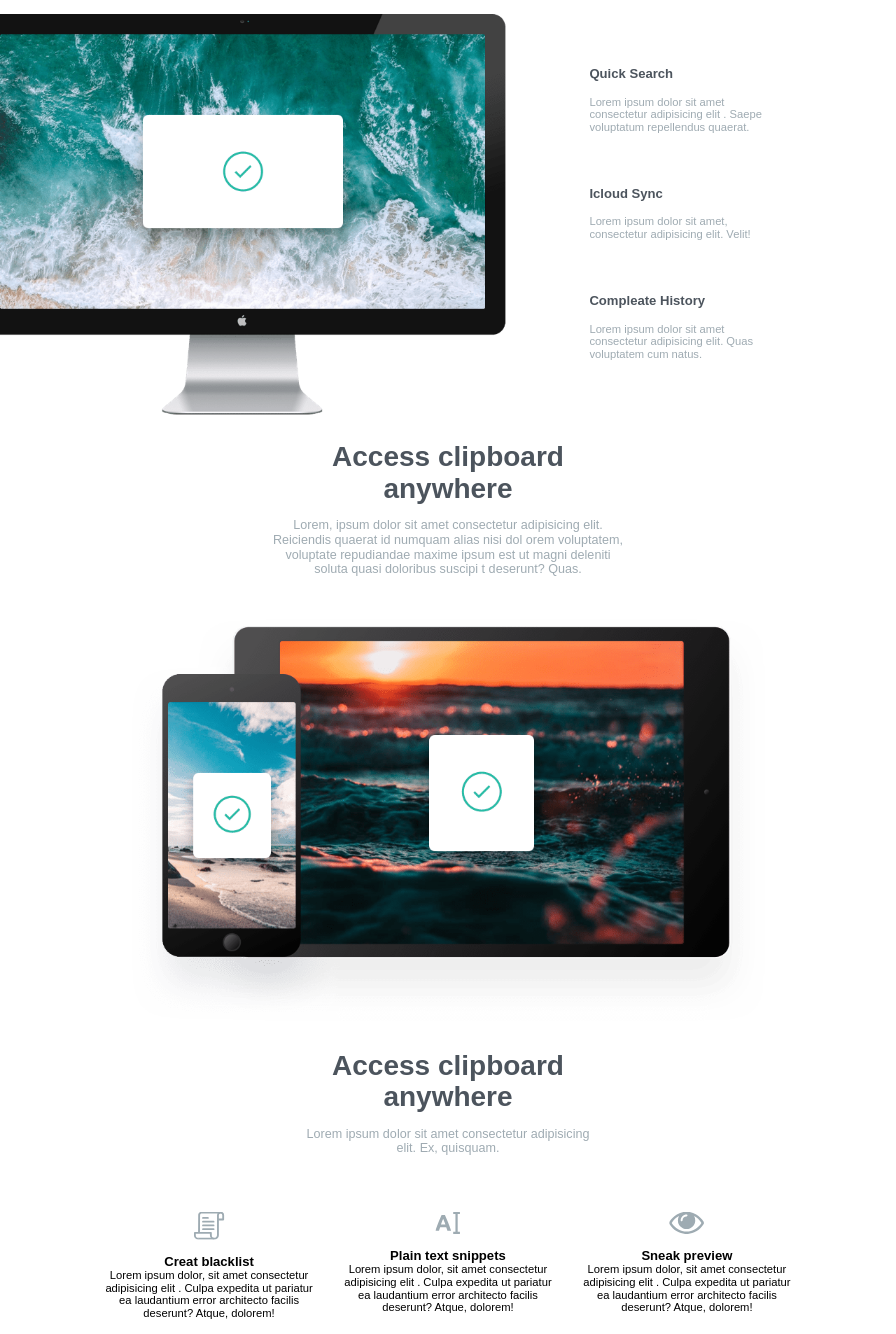
Repository: AbuMulla-Mohammad/clipboard
Page: index.html
The author's editor kept a copy of each file at every save. The page is drawn from the files as they stood at one save, then again after the next save.
The browser window is 1280 px wide. The pictures show the part of the page from y = 850 to 2770 px (the page is 2755 px tall before and 2770 px after), at 70% of full size.
Some web fonts or font styles are not loaded; a fallback is used.

Above is the page before, as saved 2023-11-01 11:03:06.

After the next save:
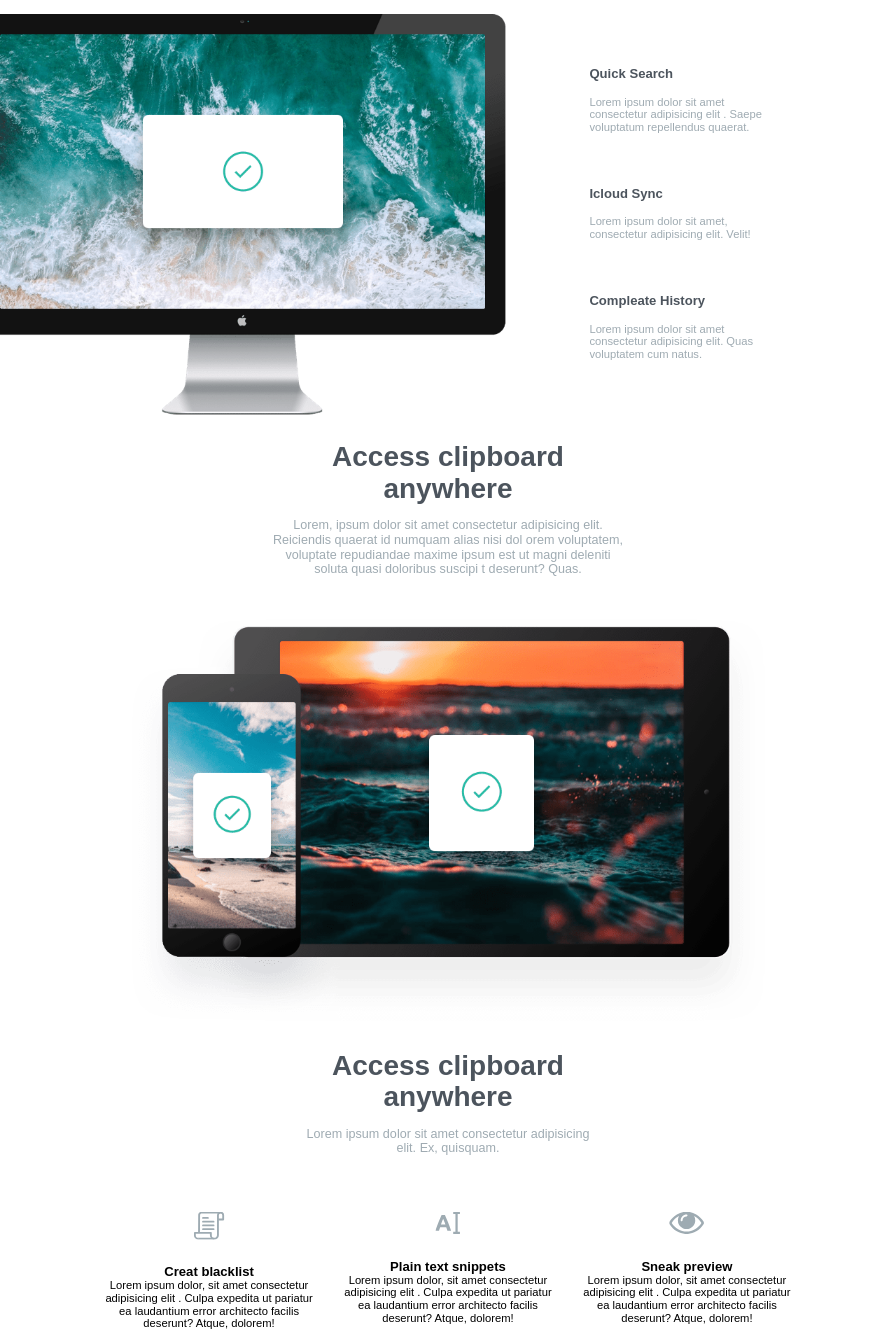
Saved 11 s later.
--- a/css/style.css
+++ b/css/style.css
@@ -134,6 +134,6 @@
 }
 .workflow .workflow-items .item img{
     margin: auto;
-    margin-bottom: 20px;
+    margin-bottom: 35px;
 }
 /* end workflow */
